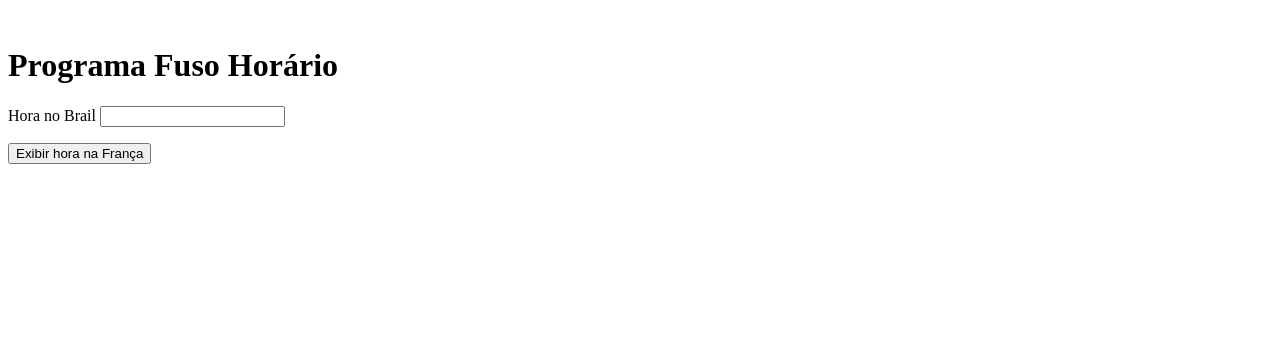
Repository: JhonMercedes/Javascript-book
Page: cap3/ex3_4.html
These files come from the project's save history. The page is drawn as it stood at one moment and after the next save; the edit follows.
The browser window is 1280 px wide. The pictures show the whole page.

Above is the page before, as saved 2021-12-15 21:56:40.

### cap3/ex3_4.html
<!DOCTYPE html>
<html lang="en">
<head>
    <meta charset="UTF-8">
    <meta http-equiv="X-UA-Compatible" content="IE=edge">
    <meta name="viewport" content="width=device-width, initial-scale=1.0">
    <title>Exemplo 3.4</title>
</head>
<body>
    <img src="" alt="">
    <h1>Programa Fuso Horário</h1>
    <p>Hora no Brail
        <input type="text" id=inHora>
    </p>

    <input type="button" value="Exibir hora na França" id="btHora">
    <h3 id="outResultado"></h3>
</body>
</html>

### cap3/css/style.css
img {
    float: left;
    height: 300px;
    width: 300px;
}

h1{
    border-bottom-style: inset;
}

After the next save:
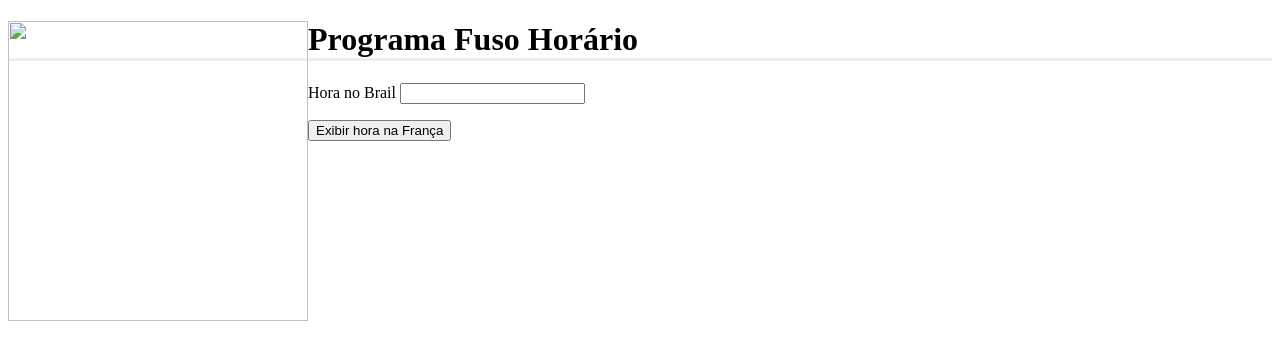
Saved 53 s later.
--- a/cap3/ex3_4.html
+++ b/cap3/ex3_4.html
@@ -4,6 +4,7 @@
     <meta charset="UTF-8">
     <meta http-equiv="X-UA-Compatible" content="IE=edge">
     <meta name="viewport" content="width=device-width, initial-scale=1.0">
+    <link rel="stylesheet" href="./css/style.css">
     <title>Exemplo 3.4</title>
 </head>
 <body>
@@ -15,5 +16,7 @@
 
     <input type="button" value="Exibir hora na França" id="btHora">
     <h3 id="outResultado"></h3>
+
+    <script src="./js/ex3_4.js"></script>
 </body>
 </html>
